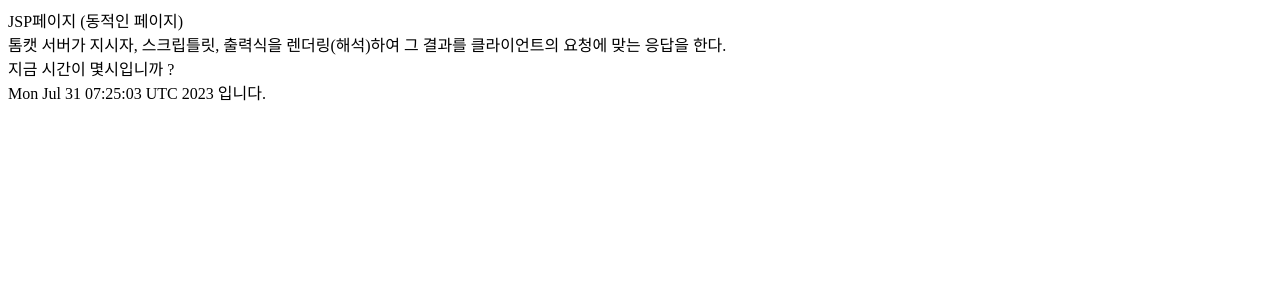
Repository: ainokks071/ServletJSP
Page: http://localhost/WEB/time.jsp
The author's editor kept a copy of each file at every save. The page is drawn from the files as they stood at one save, then again after the next save.
The browser window is 1280 px wide. The pictures show the whole page.
The page is served by Tomcat 9. Other server files are loaded and not shown.

Above is the page before, as saved 2023-07-31 08:21:00.

### WEB/webapp/time.jsp
<!-- JSP(Java Server Page) = Java코드영역(프로그래밍) + HTML영역(View) -->

<%-- <%@ 지시자 %> --%>
<%@ page language="java" contentType="text/html; charset=UTF-8"
    pageEncoding="UTF-8"%>
<%@ page import="java.util.Date" %>

<%-- <% 스크립틀릿 %> --%>
<% Date d = new Date(); %>


<!DOCTYPE html>
<html>
<head>
<meta charset="UTF-8">
<title>Insert title here</title>
</head>


<body>
JSP페이지 (동적인 페이지)<br>
톰캣 서버가 지시자, 스크립틀릿, 출력식을 렌더링(해석)하여 그 결과를 클라이언트의 요청에 맞는 응답을 한다.<br>
지금 시간이 몇시입니까 ? <br>
<%-- <%= 출력식 %> --%>
<%= d.toString() %> 입니다.

</body>
</html>

After the next save:
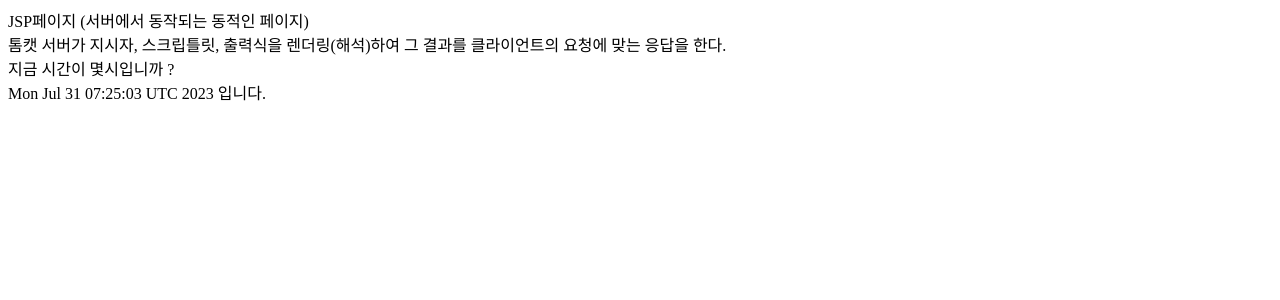
Saved 9 min 30 s later.
--- a/WEB/webapp/time.jsp
+++ b/WEB/webapp/time.jsp
@@ -18,7 +18,7 @@
 
 
 <body>
-JSP페이지 (동적인 페이지)<br>
+JSP페이지 (서버에서 동작되는 동적인 페이지)<br>
 톰캣 서버가 지시자, 스크립틀릿, 출력식을 렌더링(해석)하여 그 결과를 클라이언트의 요청에 맞는 응답을 한다.<br>
 지금 시간이 몇시입니까 ? <br>
 <%-- <%= 출력식 %> --%>
